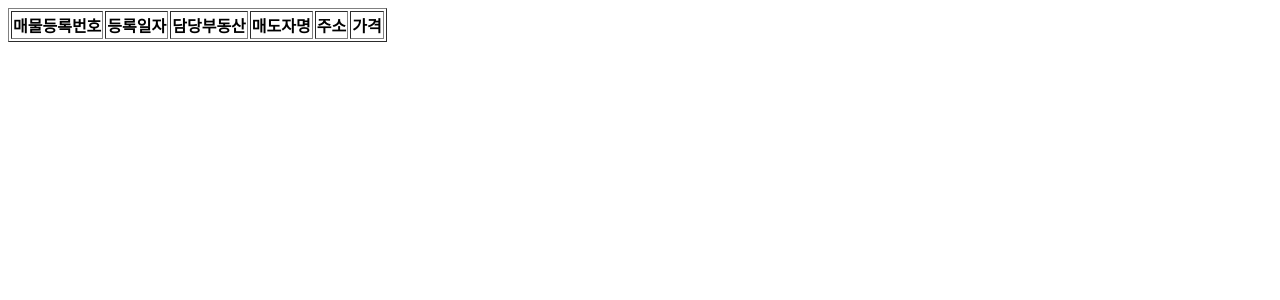
Repository: Leekm0912/2-1_JSP-DB_Project
Page: http://localhost/WebTest/DB/ViewTable.jsp
An editor plug-in stored every save of this project. The page is shown before and after a run of saves, followed by the edit.
The browser window is 1280 px wide. The pictures show the whole page.
The page is served by Tomcat 9. Other server files are loaded and not shown. Queries for data that is not in the repository find no rows.

Above is the page before, as saved 2020-06-10 02:00:31.

### WebTest/WebContent/DB/ViewTable.jsp
<%@ page contentType="text/html; charset=utf-8"%>
<%@ page import="java.sql.*"%>
<%@ page import="java.io.*"%>
<%@ page import="java.sql.CallableStatement"%>
<%@ page import="java.util.*"%>
<%@ taglib prefix="c" uri="http://java.sun.com/jsp/jstl/core" %>
<%
	Connection con = null;
	String url = "jdbc:oracle:thin:@localhost:1521:orcl";
	/* 11g express edition은 orcl 대신 XE를 입력한다. */
	String userid = "MYDB";
	String pwd = "dongsu14";

	try { /* 드라이버를 찾는 과정 */
		Class.forName("oracle.jdbc.driver.OracleDriver");
		System.out.println("드라이버 로드 성공");
	} catch (ClassNotFoundException e) {
		e.printStackTrace();
	}

	try { /* 데이터베이스를 연결하는 과정 */
		System.out.println("데이터베이스 연결 준비 ...");
		con = DriverManager.getConnection(url, userid, pwd);
		System.out.println("데이터베이스 연결 성공");
	} catch (SQLException e) {
		e.printStackTrace();
	}

	String query = "SELECT * FROM 상세매물"; /* SQL 문 */
	try { /* 데이터베이스에 질의 결과를 가져오는 과정 */
		Statement stmt = con.createStatement();
		ResultSet rs = stmt.executeQuery(query);
		List<Integer> row1 = new ArrayList<Integer>();
		List<String> row2 = new ArrayList<String>();
		List<String> row3 = new ArrayList<String>();
		List<String> row4 = new ArrayList<String>();
		List<String> row5 = new ArrayList<String>();
		List<Integer> row6 = new ArrayList<Integer>();
		while (rs.next()) {
			row1.add(rs.getInt(1));
			row2.add(rs.getString(2));
			row3.add(rs.getString(3));
			row4.add(rs.getString(4));
			row5.add(rs.getString(5));
			row6.add(rs.getInt(6));
		}
		%>
	<c:set var="row1"> <%= row1 %> </c:set>
	<c:set var="row2"> <%= row2 %> </c:set>
	<c:set var="row3"> <%= row3 %> </c:set>
	<c:set var="row4"> <%= row4 %> </c:set>
	<c:set var="row5"> <%= row5 %> </c:set>
	<c:set var="row6"> <%= row6 %> </c:set>
	<table border='1'>
		<tr>
			<th>매물등록번호</th>
			<th>등록일자</th>
			<th>담당부동산</th>
			<th>매도자명</th>
			<th>주소</th>
			<th>가격</th>
		</tr>
	<%
		for(int i=0; i<row1.size(); i++){
			out.print("<tr>");
				out.print("<td>" + row1.get(i) + "</td>");
				out.print("<td>" + row2.get(i) + "</td>");
				out.print("<td>" + row3.get(i) + "</td>");
				out.print("<td>" + row4.get(i) + "</td>");
				out.print("<td>" + row5.get(i) + "</td>");
				out.print("<td>" + row6.get(i) + "</td>");
			out.print("</tr>");
		}

	%>
		<%--
		<tr>
			<c:forEach var="i" items="${ row1 }">
				<td>${ i }</td>
			</c:forEach>
		</tr>
		<tr>
			<c:forEach var="i" items="${ row2 }">
				<td>${ i }</td>
			</c:forEach>
		</tr>
		<tr>
			<c:forEach var="i" items="${ row3 }">
				<td>${ i }</td>
			</c:forEach>
		</tr>
		<tr>
			<c:forEach var="i" items="${ row4 }">
				<td>${ i }</td>
			</c:forEach>
		</tr>
		<tr>
			<c:forEach var="i" items="${ row5 }">
				<td>${ i }</td>
			</c:forEach>
		</tr>
		<tr>
			<c:forEach var="i" items="${ row6 }">
				<td>${ i }</td>
			</c:forEach>
		</tr>
		--%>


	</table>




<%
		con.close();
	} catch (SQLException e) {
		e.printStackTrace();
}
%>

After the next 2 saves:
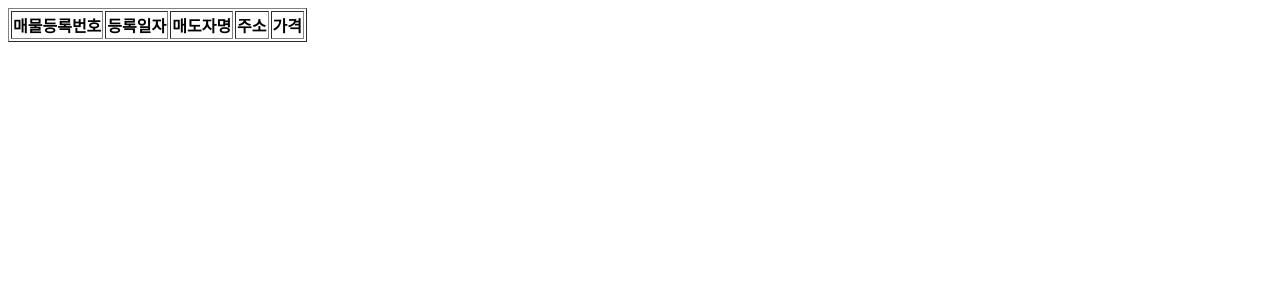
The 2 saves are shown as one change because 1 did not build or start.
The last was saved 27 min 0 s later.
--- a/WebTest/WebContent/DB/ViewTable.jsp
+++ b/WebTest/WebContent/DB/ViewTable.jsp
@@ -34,15 +34,13 @@
 		List<String> row2 = new ArrayList<String>();
 		List<String> row3 = new ArrayList<String>();
 		List<String> row4 = new ArrayList<String>();
-		List<String> row5 = new ArrayList<String>();
-		List<Integer> row6 = new ArrayList<Integer>();
+		List<Integer> row5 = new ArrayList<Integer>();
 		while (rs.next()) {
 			row1.add(rs.getInt(1));
 			row2.add(rs.getString(2));
 			row3.add(rs.getString(3));
 			row4.add(rs.getString(4));
-			row5.add(rs.getString(5));
-			row6.add(rs.getInt(6));
+			row5.add(rs.getInt(5));
 		}
 		%>
 	<c:set var="row1"> <%= row1 %> </c:set>
@@ -50,12 +48,10 @@
 	<c:set var="row3"> <%= row3 %> </c:set>
 	<c:set var="row4"> <%= row4 %> </c:set>
 	<c:set var="row5"> <%= row5 %> </c:set>
-	<c:set var="row6"> <%= row6 %> </c:set>
 	<table border='1'>
 		<tr>
 			<th>매물등록번호</th>
 			<th>등록일자</th>
-			<th>담당부동산</th>
 			<th>매도자명</th>
 			<th>주소</th>
 			<th>가격</th>
@@ -68,7 +64,6 @@
 				out.print("<td>" + row3.get(i) + "</td>");
 				out.print("<td>" + row4.get(i) + "</td>");
 				out.print("<td>" + row5.get(i) + "</td>");
-				out.print("<td>" + row6.get(i) + "</td>");
 			out.print("</tr>");
 		}
 
